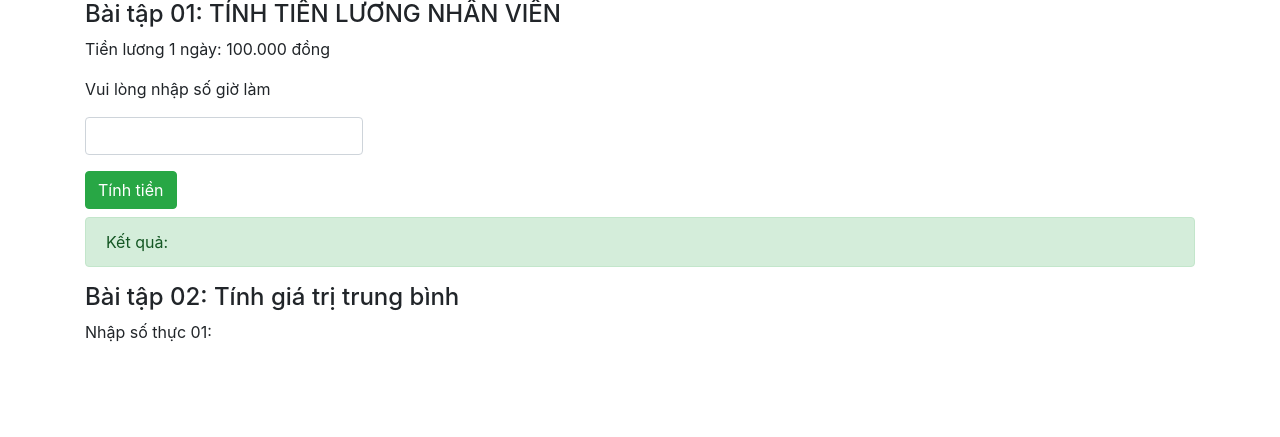
Repository: ducdatit2002/javascript-tinh-day13
Page: index.html
These files come from the project's save history. The page is drawn as it stood at one moment and after the next save; the edit follows.
The browser window is 1280 px wide. The pictures show the whole page.

Above is the page before, as saved 2023-08-13 23:58:09.

After the next save:
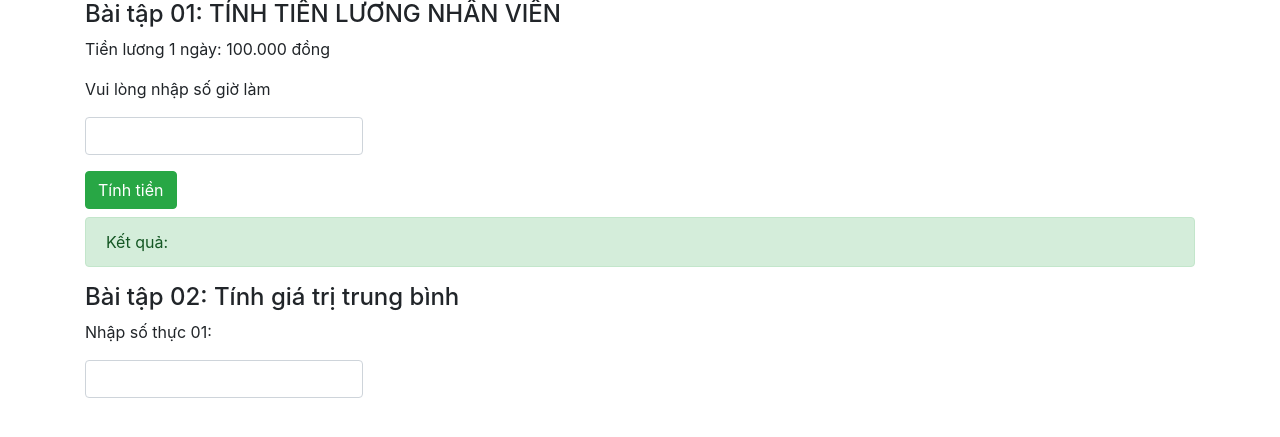
Saved 9 s later.
--- a/index.html
+++ b/index.html
@@ -46,6 +46,7 @@
         <h4>Bài tập 02: Tính giá trị trung bình</h4>
         <div class="form-group">
           <p>Nhập số thực 01:</p>
+           <input id="soGioLam" class="form-control w-25" />
         </div>
       </div>
     </div>
